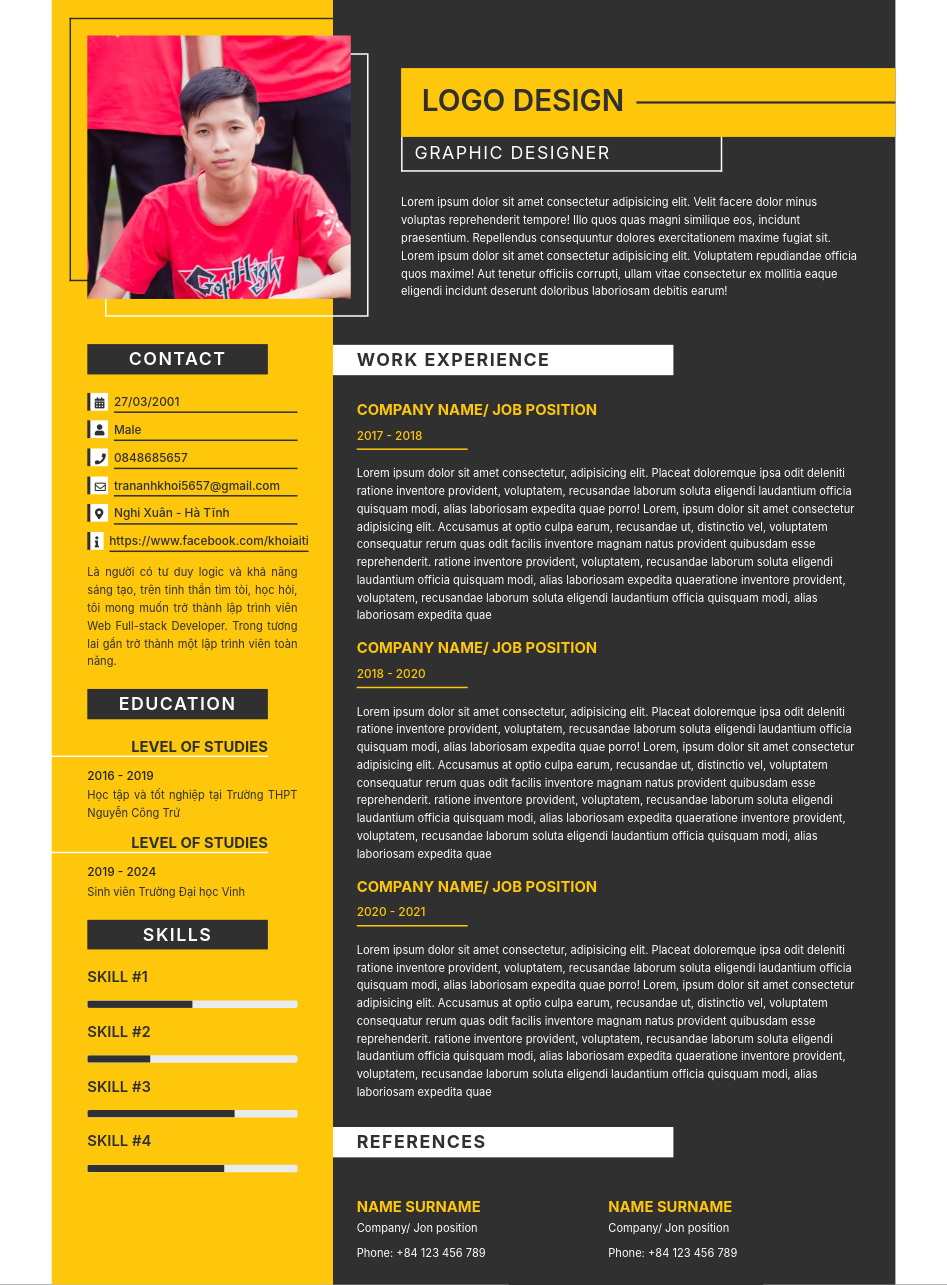
Repository: khoitadev/myCV
Page: index.html
An editor plug-in stored every save of this project. The page is shown before and after the next save, followed by the edit.
The browser window is 1280 px wide. The pictures show the whole page, at 74% of full size.
Some web libraries are served in a nearby version.

Above is the page before, as saved 2022-02-11 22:35:51.

After the next save:
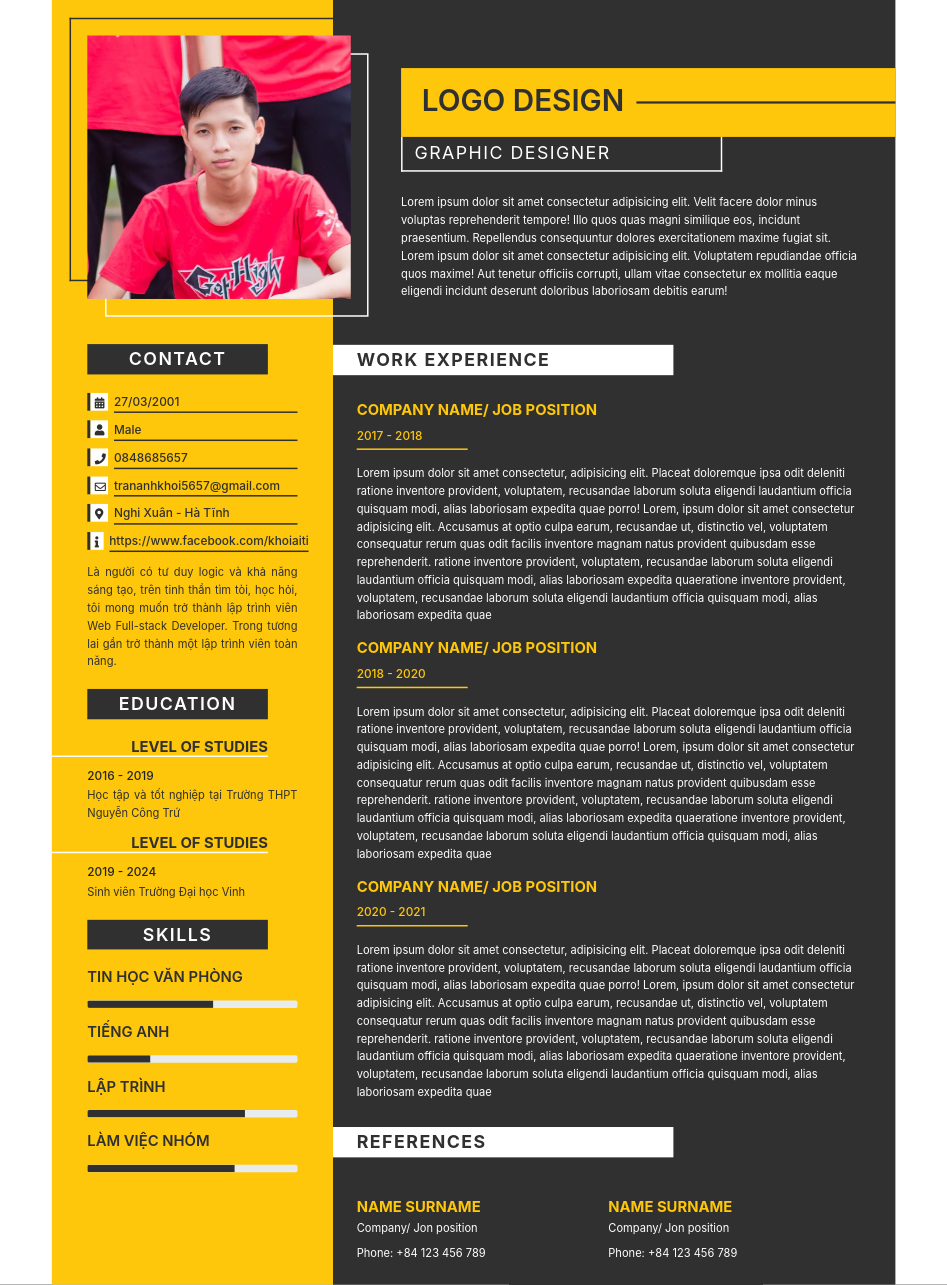
Saved 2 min 13 s later.
--- a/index.html
+++ b/index.html
@@ -75,25 +75,25 @@
             <p class="text">Sinh viên Trường Đại học Vinh</p>
 
             <h2 class="heading__left">SKILLS</h2>
-            <h3 class="heading__title">SKILL #1</h3>
+            <h3 class="heading__title">TIN HỌC VĂN PHÒNG</h3>
 
             <div class="progress progress__line" style="height: 10px">
-              <div class="progress-bar" style="width: 50%; height: 10px; background-color: #303030;"></div>
+              <div class="progress-bar" style="width: 60%; height: 10px; background-color: #303030;"></div>
             </div>
 
-            <h3 class="heading__title">SKILL #2</h3>
+            <h3 class="heading__title">TIẾNG ANH</h3>
 
             <div class="progress progress__line" style="height: 10px">
               <div class="progress-bar" style="width: 30%; height: 10px; background-color: #303030;"></div>
             </div>
 
-            <h3 class="heading__title">SKILL #3</h3>
+            <h3 class="heading__title">LẬP TRÌNH</h3>
+            <div class="progress progress__line" style="height: 10px">
+              <div class="progress-bar" style="width: 75%; height: 10px; background-color: #303030;"></div>
+            </div>
+            <h3 class="heading__title">LÀM VIỆC NHÓM</h3>
             <div class="progress progress__line" style="height: 10px">
               <div class="progress-bar" style="width: 70%; height: 10px; background-color: #303030;"></div>
-            </div>
-            <h3 class="heading__title">SKILL #4</h3>
-            <div class="progress progress__line" style="height: 10px">
-              <div class="progress-bar" style="width: 65%; height: 10px; background-color: #303030;"></div>
             </div>
             <!-- <h3 class="heading__title">SKILL #5</h3>
             <div class="progress progress__line" style="height: 10px">
